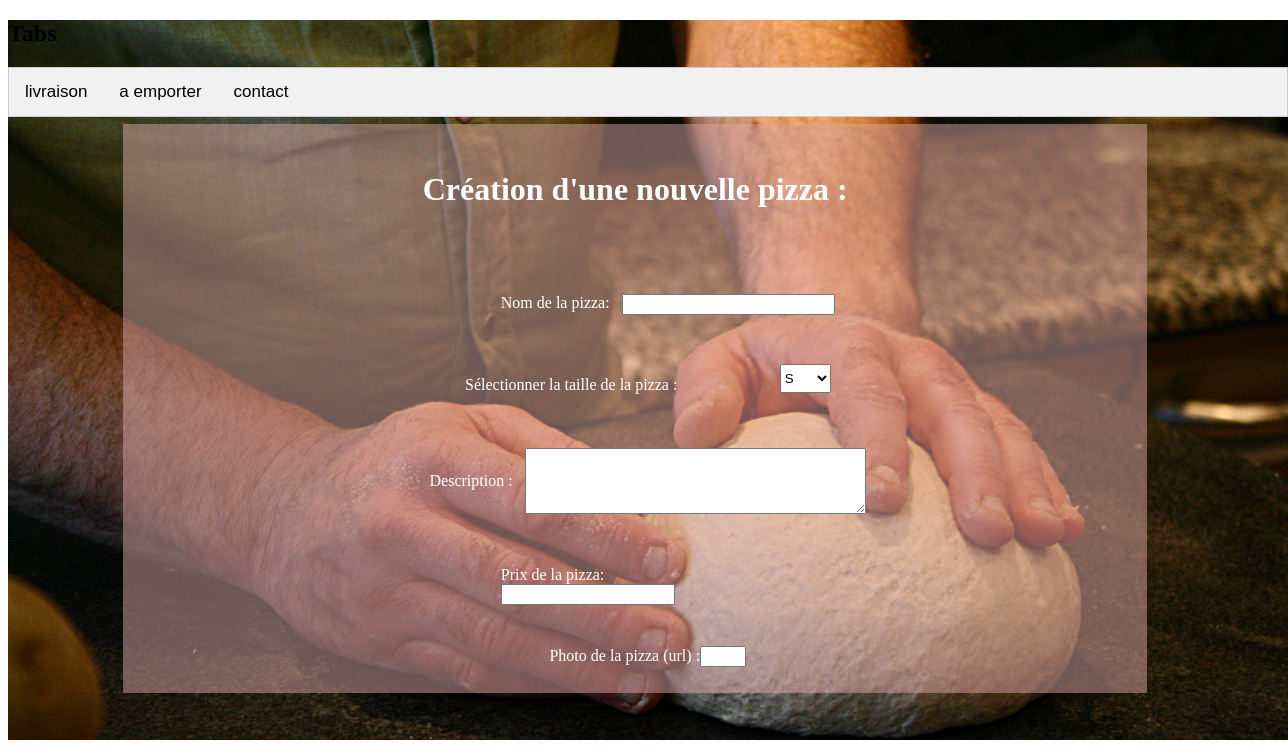
Repository: dev84-unalien/pippo_pizza
Page: admin.html
These files come from the project's save history. The page is drawn as it stood at one moment and after the next save; the edit follows.
The browser window is 1280 px wide. The page is 1288 px wide, so the pictures cover 1288 px, including what lies to the right of the window. The pictures show the whole page.

Above is the page before, as saved 2019-09-11 10:38:28.

After the next save:
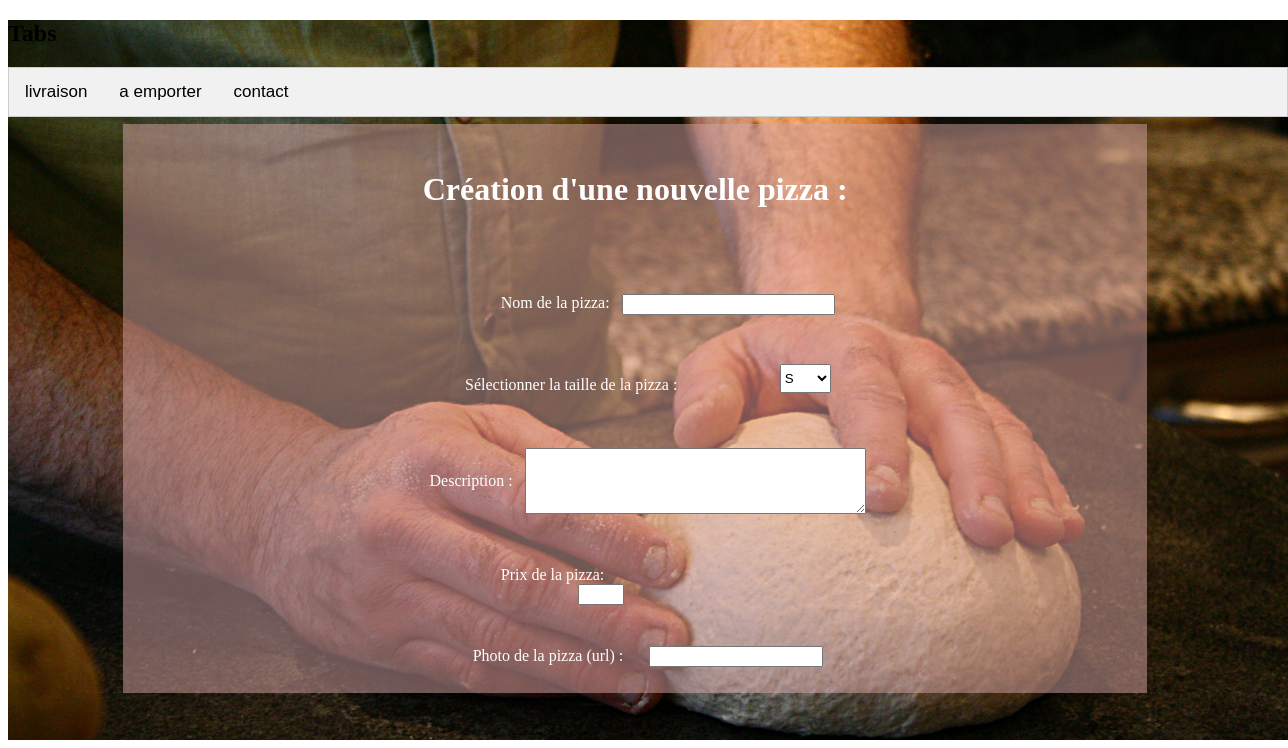
Saved 5 s later.
--- a/admin.css
+++ b/admin.css
@@ -72,12 +72,15 @@ select {
 }
 #prix1{
   display: flex;
-  justify-content: space-between;
-  width:13vw;
+  justify-content: ;
+
+  width:3vw;
+  margin-left:6vw;
 
 }
 #imgpizza{
-width: 3vw;
+width: 13vw;
+margin-left:2vw;
 }
 #Image{
   margin-left: 2vw;
